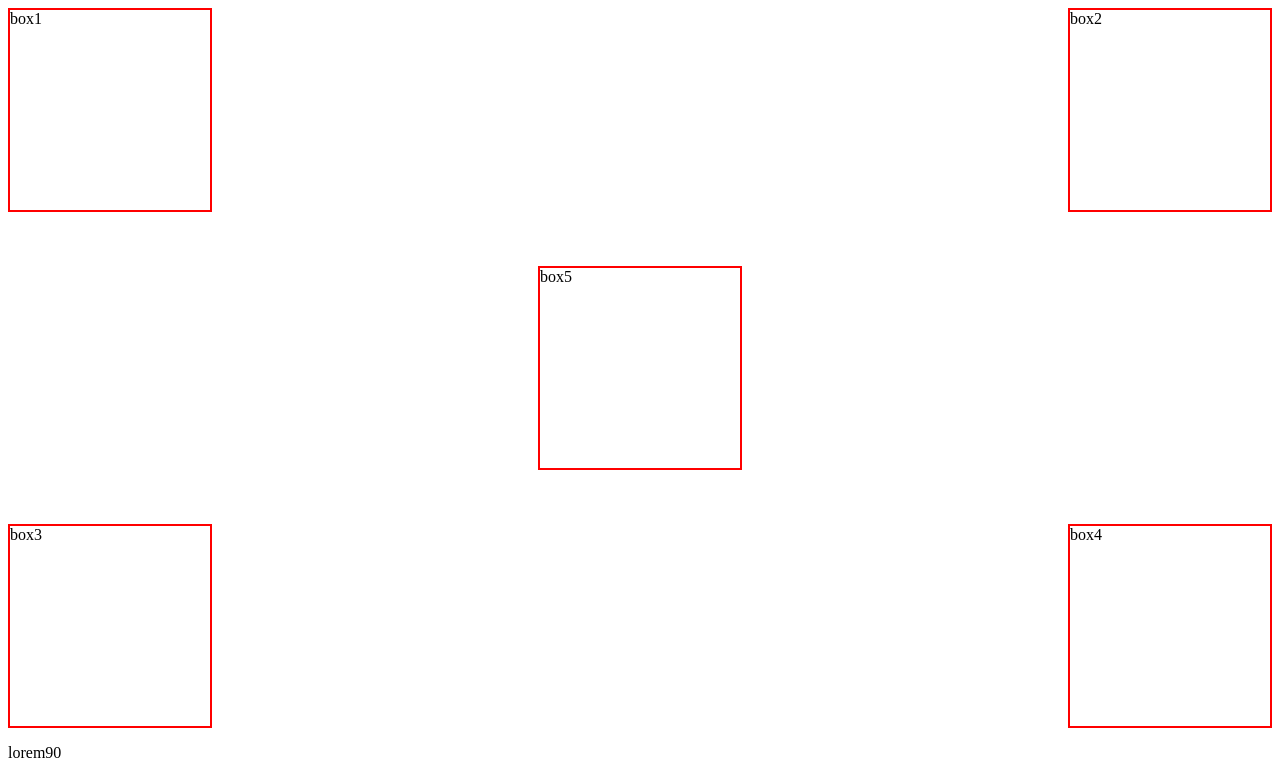
Repository: ABDUSALIMSUBAHIELBASHI/full-html-css-js
Page: Desktop/coding/css/index.html
An editor plug-in stored every save of this project. The page is shown before and after the next save, followed by the edit.
The browser window is 1280 px wide. The pictures show the whole page.

Above is the page before, as saved 2025-09-16 08:55:52.

After the next save:
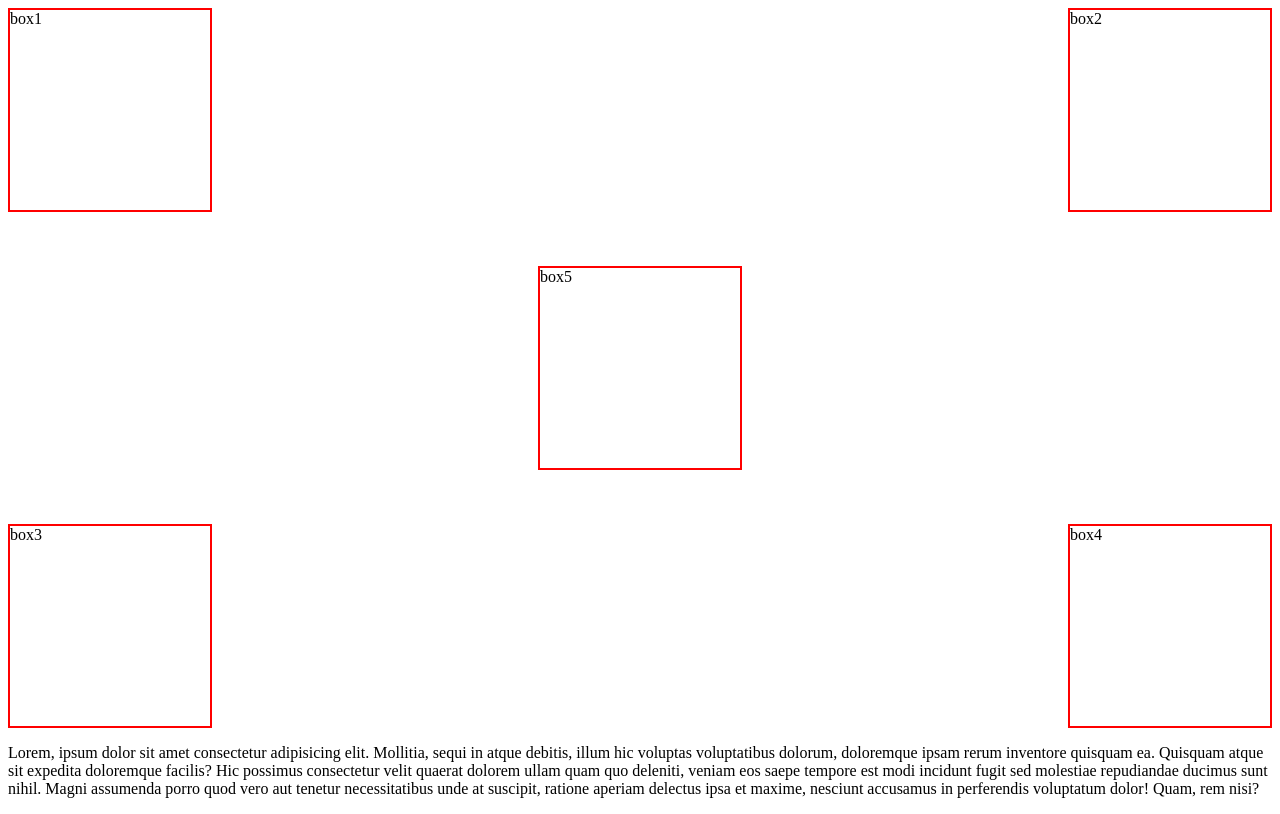
Saved 17 s later.
--- a/Desktop/coding/css/index.html
+++ b/Desktop/coding/css/index.html
@@ -1,57 +1,64 @@
 <!DOCTYPE html>
 <html lang="en">
+
 <head>
     <style>
-        .container{
+        .container {
             height: 100vh;
             position: relative;
         }
-        .box1{
-           width: 200px;
-           height:200px ;
-           border: 2px solid red;
-           position: absolute;
-           top: 0px;
-           left: 0px;
+
+        .box1 {
+            width: 200px;
+            height: 200px;
+            border: 2px solid red;
+            position: absolute;
+            top: 0px;
+            left: 0px;
         }
-           .box2{
-           width: 200px;
-           height:200px ;
-           border: 2px solid red;
-           position: absolute;
-           top: 0px;
-           right: 0px;
+
+        .box2 {
+            width: 200px;
+            height: 200px;
+            border: 2px solid red;
+            position: absolute;
+            top: 0px;
+            right: 0px;
         }
-             .box3{
-           width: 200px;
-           height:200px ;
-           border: 2px solid red;
-           position: absolute;
-           left: 0px;
-           bottom: 0px;
+
+        .box3 {
+            width: 200px;
+            height: 200px;
+            border: 2px solid red;
+            position: absolute;
+            left: 0px;
+            bottom: 0px;
         }
-             .box4{
-           width: 200px;
-           height:200px ;
-           border: 2px solid red;
-           position: absolute;
-           right: 0px;
-           bottom: 0px;
+
+        .box4 {
+            width: 200px;
+            height: 200px;
+            border: 2px solid red;
+            position: absolute;
+            right: 0px;
+            bottom: 0px;
         }
-             .box5{
-           width: 200px;
-           height:200px ;
-           border: 2px solid red;
-           position: absolute;
-           top: 50%;
-          left: 50%;
-          transform: translate(-50%, -50%);
+
+        .box5 {
+            width: 200px;
+            height: 200px;
+            border: 2px solid red;
+            position: absolute;
+            top: 50%;
+            left: 50%;
+            transform: translate(-50%, -50%);
         }
     </style>
     <meta charset="UTF-8">
     <meta name="viewport" content="width=device-width, initial-scale=1.0">
     <title>Document</title>
 </head>
+
 <body>
     <div class="container">
 
@@ -61,6 +68,12 @@
         <div class="box4">box4</div>
         <div class="box5">box5</div>
     </div>
-    <p>lorem90</p>
+    <p>Lorem, ipsum dolor sit amet consectetur adipisicing elit. Mollitia, sequi in atque debitis, illum hic voluptas
+        voluptatibus dolorum, doloremque ipsam rerum inventore quisquam ea. Quisquam atque sit expedita doloremque
+        facilis? Hic possimus consectetur velit quaerat dolorem ullam quam quo deleniti, veniam eos saepe tempore est
+        modi incidunt fugit sed molestiae repudiandae ducimus sunt nihil. Magni assumenda porro quod vero aut tenetur
+        necessitatibus unde at suscipit, ratione aperiam delectus ipsa et maxime, nesciunt accusamus in perferendis
+        voluptatum dolor! Quam, rem nisi?</p>
 </body>
+
 </html>
